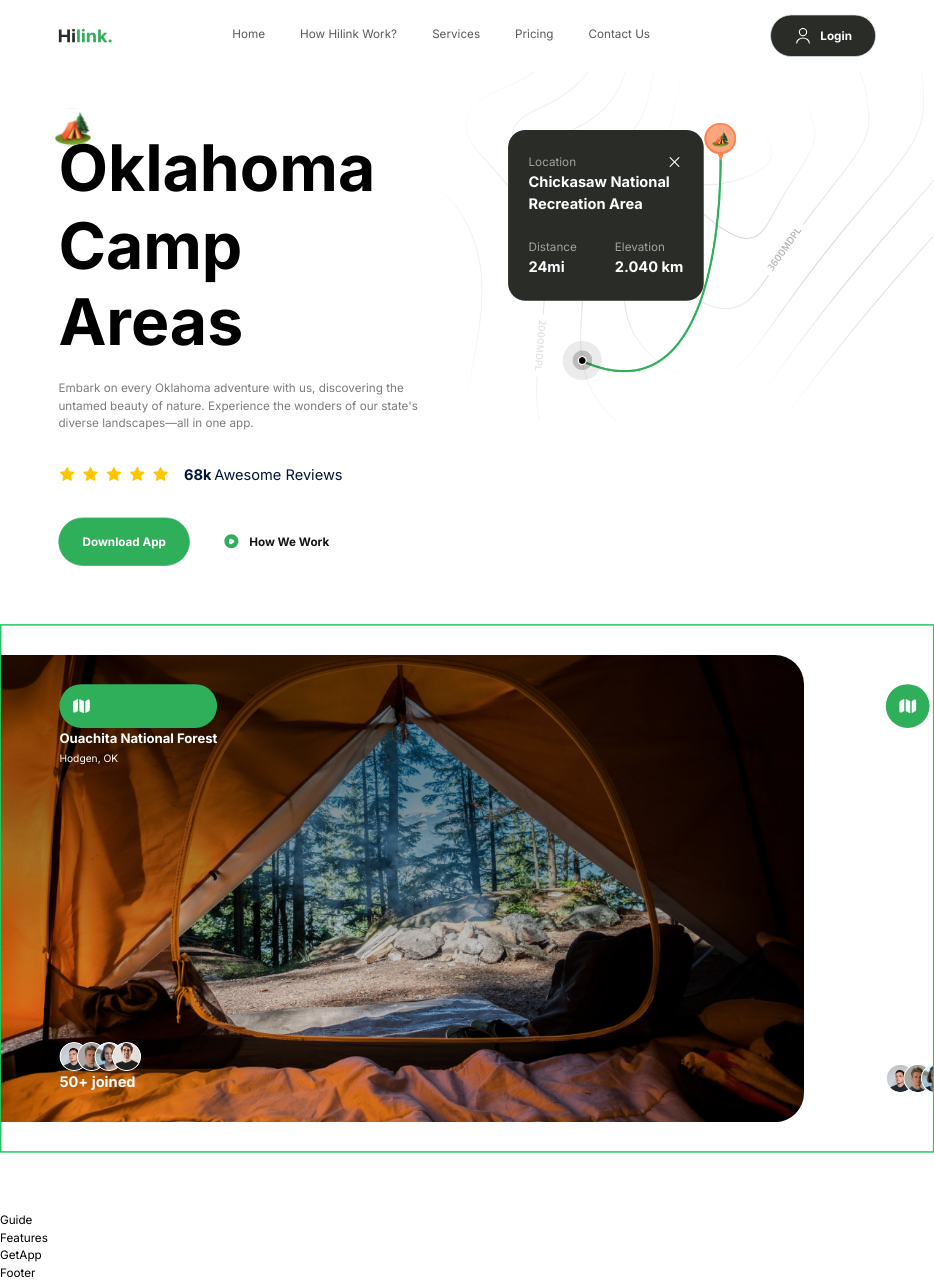
Repository: MikeeBuilds/camp
Page: /
An editor plug-in stored every save of this project. The page is shown before and after the next save, followed by the edit.
The browser window is 1280 px wide. The pictures show the whole page, at 73% of full size.
The project was rebuilt for these pictures with package versions that can differ from the ones it lists, and the page was loaded fresh each time. The framework's server and built-in components were replaced by stand-ins that run in the browser. Also part of the build but not shown: next.config.js.

Above is the page before, as saved 2023-11-24 22:16:41.

### app/layout.tsx
import type { Metadata } from 'next'

import './globals.css'
import Navbar from '@/components/Navbar'
import Footer from '@/components/Footer'


export const metadata: Metadata = {
  title: 'Travel',
  description: 'Travel UI/UX App for camping',
}

export default function RootLayout({
  children,
}: {
  children: React.ReactNode
}) {
  return (
    <html lang="en">
      <body className="">
        <Navbar/>
        <main className='relative overflow-hidden'>
        {children}
        </main>
        <Footer/>
      </body>
    </html>
  )
}

### app/page.tsx
import Camp from "@/components/Camp";
import Features from "@/components/Features";
import GetApp from "@/components/GetApp";
import Guide from "@/components/Guide";
import Hero from "@/components/Hero";

export default function Home() {
  return (
    <>
      <Hero/>
      <Camp/>
      <Guide/>
      <Features/>
      <GetApp/>
    </>
  )
}

### components/Navbar.tsx
import { NAV_LINKS } from '@/constants'
import Image from 'next/image'
import Link from 'next/link'
import Button from './Button'

const Navbar = () => {
    return (
        <nav className="flexBetween max-container padding-container relative z-30 py-5">
            <Link href="/">
                <Image src="/hilink-logo.svg" alt="logo" width={74} height={29} />
            </Link>

            <ul className="hidden h-full gap-12 lg:flex">
                {NAV_LINKS.map((link) => (
                    <Link href={link.href} key={link.key} className="regular-16 text-gray-50 flexCenter cursor-pointer pb-1.5 transition-all hover:font-bold">
                        {link.label}
                    </Link>
                ))}
            </ul>

            <div className='lg:flexCenter hidden'>
                <Button
                    type="button"
                    title="Login"
                    icon="/user.svg"
                    variant="btn_dark_green"
                />
            </div>

            <Image
                src="menu.svg"
                alt='menu'
                width={32}
                height={32}
                className='inline-block cursor-pointer lg:hidden'
            />
        </nav>
    )
}

export default Navbar

### components/Camp.tsx
import { PEOPLE_URL } from "@/constants";
import Image from "next/image";

interface CampProps {
  backgroundImage:string;
  title: string;
  subtitle: string;
  peopleJoined: string
}


const CampSite = ({ backgroundImage, title, subtitle, peopleJoined }: CampProps) => {
  return (
    <div className={`h-full w-full min-w-[1100px] ${backgroundImage} bg-cover bg-no-repeat lg:rounded-r-5xl 2xl:rounded-5xl`}>
      <div className="flex h-full flex-col items-start justify-between p-6 lg:px-20 lg:py-10">
        <div className="flex-center gap-4">
          <div className="rounded-full bg-green-50 p-4">
            <Image
              src="/folded-map.svg"
              alt="map"
              width={28}
              height={28}
            />
          </div>
          <div className="flex flex-col gap-1">
            <h4 className="bold-18 text-white">
              {title}
            </h4>
            <p className="regular-14 text-white">
              {subtitle}
            </p>
          </div>
        </div>
        <div className="flex-center gap-6">
          <span className="flex -space-x-4 overflow-hidden">
            {PEOPLE_URL.map((url) => (
              <Image
                src={url}
                key={url}
                alt="person"
                width={52}
                height={52}
                className="inline-block h-10 w-10 rounded-full"
              />
            ))}
          </span>
          <p className="bold-16 md:bold-20 text-white">{peopleJoined}</p>
        </div>
      </div>
    </div>
  )
};


const Camp = () => {
  return (
    <section className='border-2 border-green-500 2xl:max-container
    relative flex flex-col py-10 lg:mb-20 xl:mb-20'>
      <div className='hide-scrollbar flex h-[340px] w-full items-start
      justify-start gap-8 overflow-x-auto lg:h-[400px] xl:h-[640px]'>
        <CampSite
          backgroundImage="bg-bg-img-1"
          title="Ouachita National Forest"
          subtitle="Hodgen, OK"
          peopleJoined="50+ joined"
        />
        <CampSite/>
        <CampSite/>
      </div>
    </section>
  )
}

export default Camp

### components/Hero.tsx
import Image from 'next/image';
import React from 'react';
import Button from "./Button";

const Hero = () => {
  return (
    <section className=' max-container padding-container flex flex-col gap-20 py-10 pb-32 md:gap-28 lg:py-20 xl:flex-row'>
      <div className='hero-map' />

      {/* LEFT SIDE */}

      <div className='relative z-20 flex flex-1 flex-col xl:w-1/2'>
        <Image
          src="/camp.svg"
          alt='camp'
          height={50}
          width={50}
          className='absolute left-[-5px] top-[-30px] w-10 lg:w-[50px]'
        />

        <h1 className='bold-52 lg:bold-88'>
          Oklahoma Camp Areas
        </h1>
        <p className='regular-16 mt-6 text-gray-30 xl:max-w-[520px]'>
          Embark on every Oklahoma adventure with us, discovering the untamed beauty of nature.
          Experience the wonders of our state's diverse landscapes—all in one app.
        </p>
        <div className='my-11 flex flex-wrap gap-5'>
            <div className='flex items-center gap-2'>
              {Array(5).fill(1).map((_, index) => (
                <Image
                  src="/star.svg"
                  key={index}
                  alt='star'
                  height={24}
                  width={24}
                />
              ))}
            </div>

            <p className='bold-16 lg:bold-20 text-blue-70'>
              68k
              <span className='regular-16 lg:regular-20 ml-1'>Awesome Reviews</span>
            </p>
        </div>

        <div className='flex flex-col w-full gap-3 sm:flex-row'>
          <Button
            type='button'
            title='Download App'
            variant='btn_green'
          />
          <Button
          type='button'
          title='How We Work'
          icon='/play.svg'
          variant='btn_white_text'
        />
        </div>
      </div>

      <div className='relative flex flex-1 items-start'>
          <div className='relative z-20 flex w-[268px] flex-col gap-8 rounded-3xl bg-green-90 px-7 py-8'>


            <div className='flex flex-col'>
              <div className='flexBetween'>
                <p className='regu;ar-16 text-gray-20'>
                  Location
                </p>
                <Image
                  src="/close.svg"
                  alt='logo'
                  width={24}
                  height={24}
                />
              </div>
              <p className='bold-20 text-white'>Chickasaw National Recreation Area</p>
                </div>

              <div className='flexBetween'>
                <div className='flex flex-col'>
                  <p className='regular-16 block text-gray-20'>Distance</p>
                  <p className='bold-20 text-white'>24mi</p>
                </div>
                <div className='flex flex-col'>
                  <p className='regular-16 block text-gray-20'>Elevation</p>
                  <p className='bold-20 text-white'>2.040 km</p>
                </div>
              </div>
            </div>
          </div>
    </section>
  )
}

export default Hero

### components/Button.tsx
import Image from "next/image";

type ButtonProps = {
    type: 'button' | "submit";
    title: string;
    icon?: string;
    variant: 'btn_dark_green'
}


const button = ({ type, title, icon, variant}: ButtonProps) => {
  return (
    <button
        className={`flexCenter gap-3 rounded-full border ${variant}`}
        type={type}
    >
        {icon && <Image src={icon} alt={title} width={24} height={24}/>}
        <label className="bold-16 whitespace-nowrap">{title}</label>
    </button>
  )
}

export default button

Loaded but not shown: app/globals.css (common file); components/Footer.tsx (common file); components/Features.tsx (common file); components/GetApp.tsx (common file); components/Guide.tsx (common file); constants/index.ts (common file); tailwind.config.ts (common file)

After the next save:
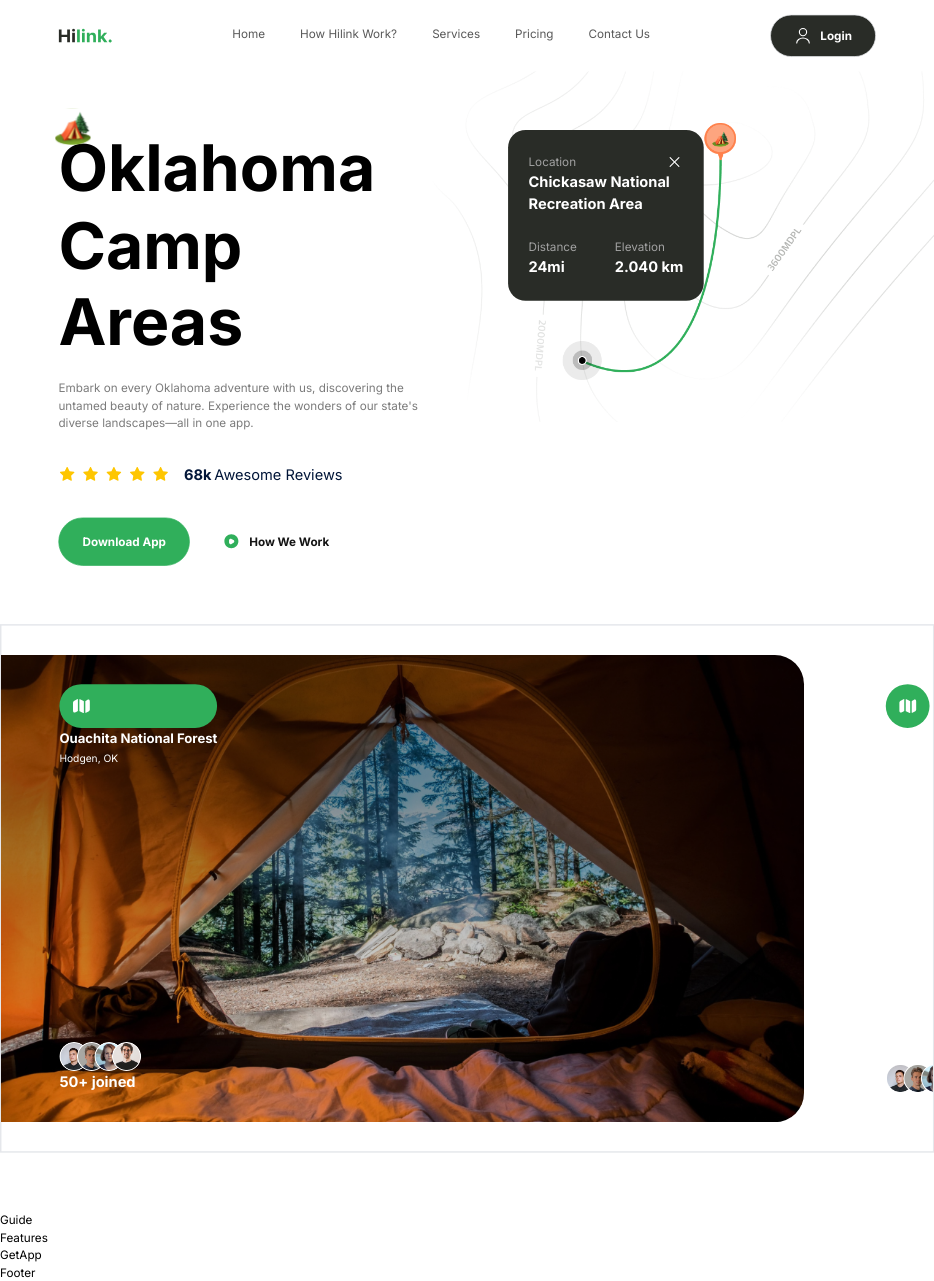
Saved 43 s later.
--- a/components/Camp.tsx
+++ b/components/Camp.tsx
@@ -54,7 +54,7 @@ const CampSite = ({ backgroundImage, title, subtitle, peopleJoined }: CampProps)
 
 const Camp = () => {
   return (
-    <section className='border-2 border-green-500 2xl:max-container
+    <section className='border-2 2xl:max-container
     relative flex flex-col py-10 lg:mb-20 xl:mb-20'>
       <div className='hide-scrollbar flex h-[340px] w-full items-start
       justify-start gap-8 overflow-x-auto lg:h-[400px] xl:h-[640px]'>
